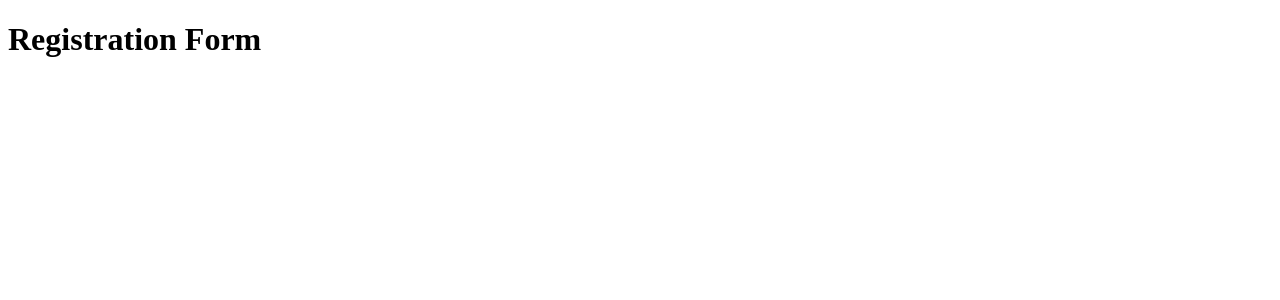
Repository: Laxman877/MyWorkspace
Page: Corejava/Learning_Web/src/main/webapp/division.html
An editor plug-in stored every save of this project. The page is shown before and after the next save, followed by the edit.
The browser window is 1280 px wide. The pictures show the whole page.

Above is the page before, as saved 2022-04-27 04:48:12.

### Corejava/Learning_Web/src/main/webapp/division.html
<!DOCTYPE html>
<html>
<head>
<meta charset="ISO-8859-1">
<title>Learn Div</title>
</head>
<body>
<div id="container">
</div>
<h1>Registration Form</h1>
</body>
</html>

After the next save:
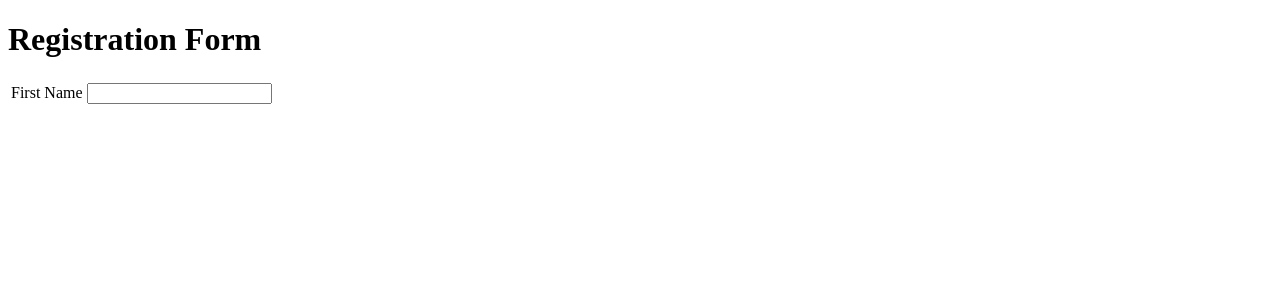
Saved 9 min 15 s later.
--- a/Corejava/Learning_Web/src/main/webapp/division.html
+++ b/Corejava/Learning_Web/src/main/webapp/division.html
@@ -8,5 +8,12 @@
 <div id="container">
 </div>
 <h1>Registration Form</h1>
+<form action="success.html" method="post">
+<table>
+<tr>
+<td><label>First Name</label></td>
+<td><input type="text" name="fname" class="textfield">
+</table>
+</form>
 </body>
 </html>
